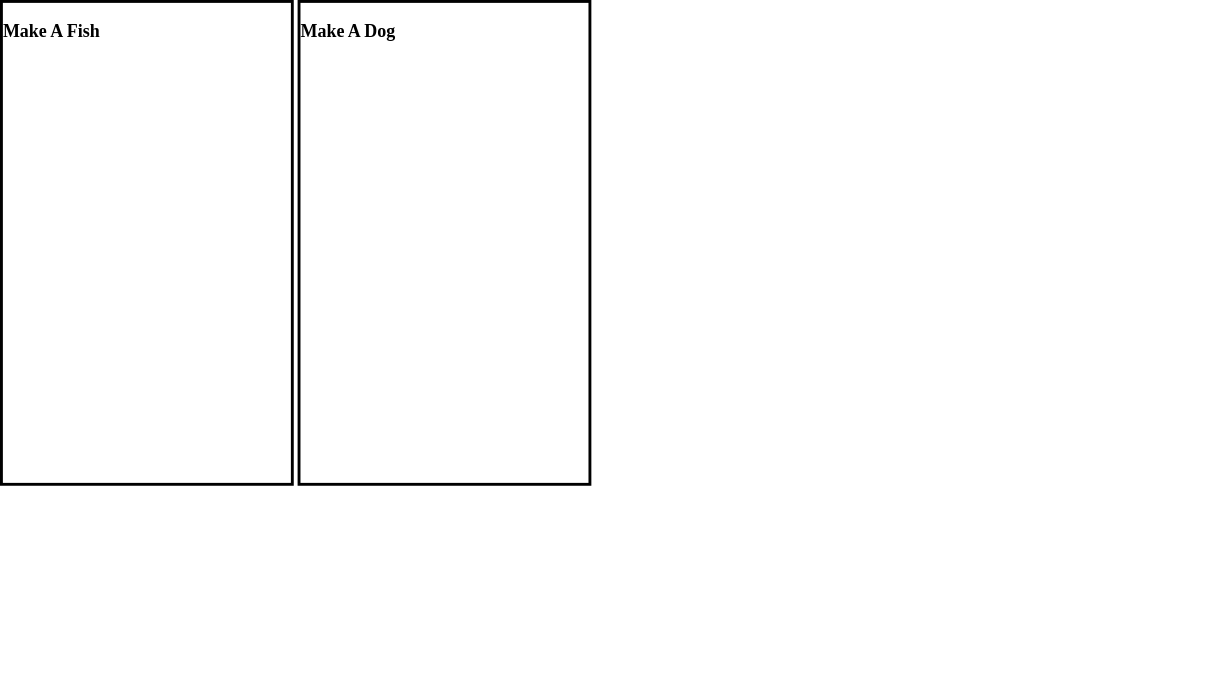
Repository: a-rydzak/Java
Page: http://localhost/Setup/Home
These files come from the project's save history. The page is drawn as it stood at one moment and after the next save; the edit follows.
The browser window is 1280 px wide. The pictures show the whole page, at 96% of full size.
The page is served by Tomcat 9.

Above is the page before, as saved 2019-07-11 14:20:56.

After the next save:
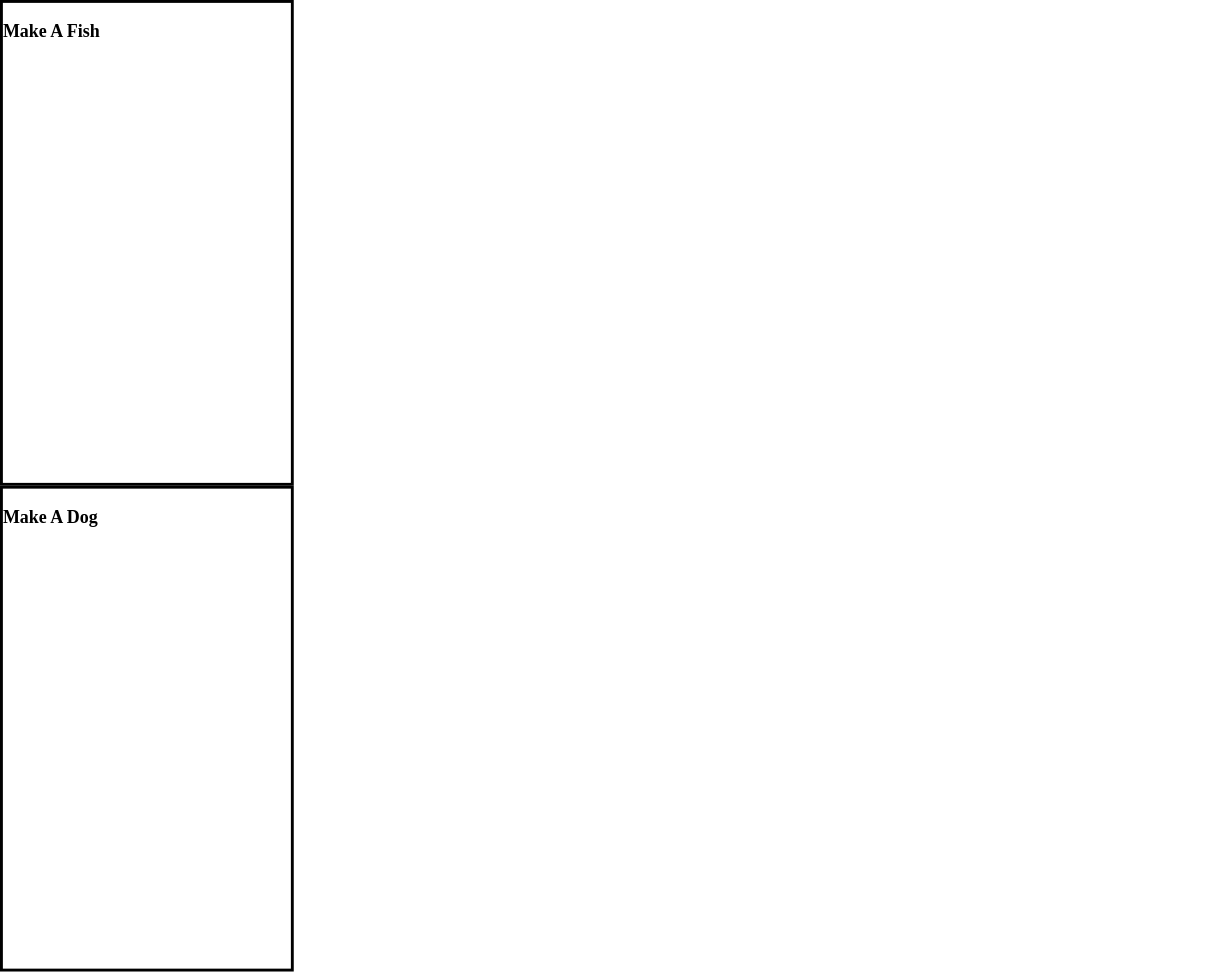
Saved 40 s later.
--- a/Java MVC/Pets/Setup/WebContent/WEB-INF/css/Home.css
+++ b/Java MVC/Pets/Setup/WebContent/WEB-INF/css/Home.css
@@ -15,4 +15,5 @@ body, #container, .petForm{
 	width:300px;
 	border-style:solid;
 	border-color:black;
+	display:table;
 }
